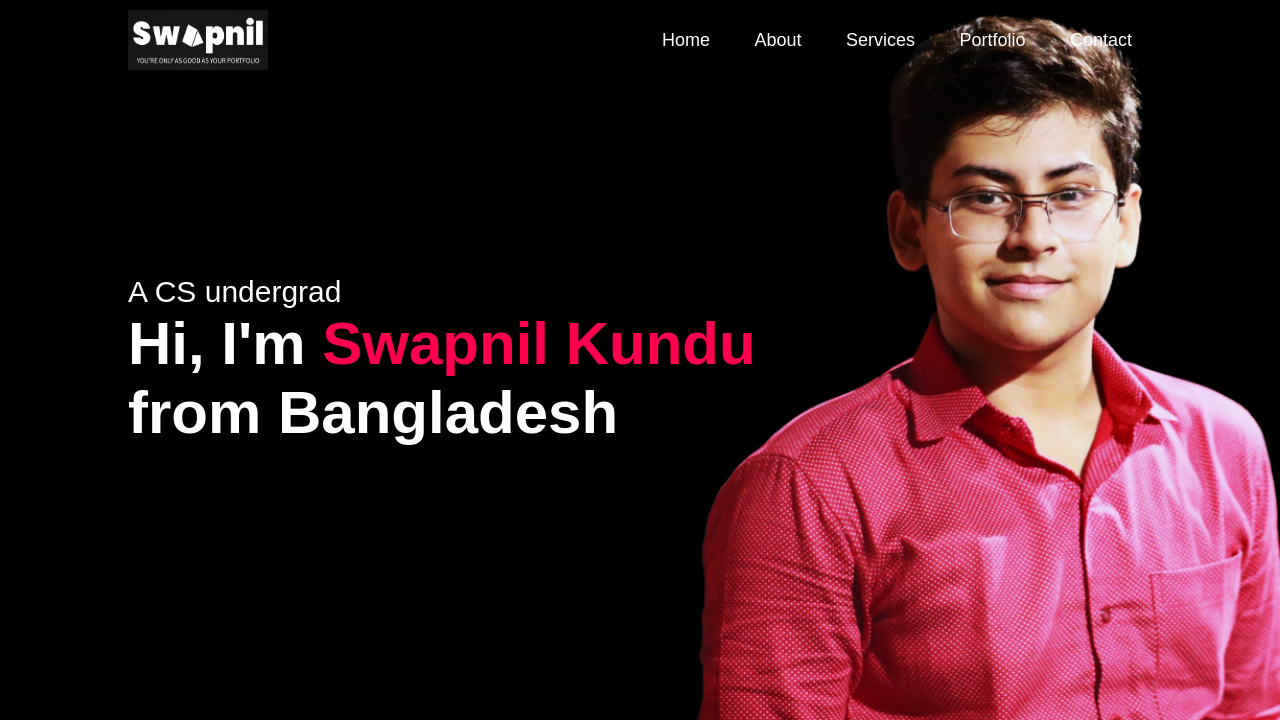
Repository: SwapnilKundu/portfolio
Page: index.html
These files come from the project's save history. The page is drawn as it stood at one moment and after a run of saves; the edit follows.
The browser window is 1280 px wide. The pictures show the whole page.

Above is the page before, as saved 2024-01-19 04:17:14.

After the next 4 saves:
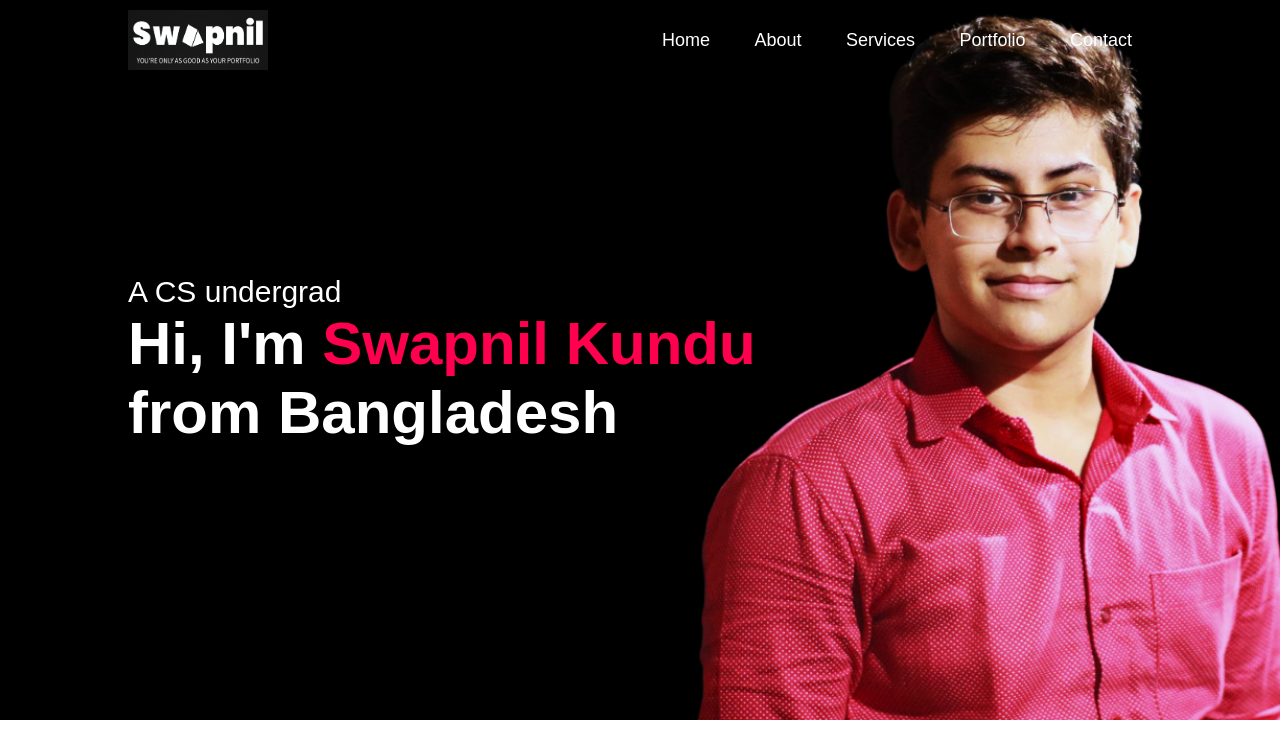
The 4 saves are shown as one change because they came seconds apart.
The last was saved 13 s later.
--- a/index.html
+++ b/index.html
@@ -28,6 +28,8 @@
 
 
   </div>
-  <div id ="about"></div>
+  <div id ="about">
+    <div class ="container"></div>
+  </div>
 </body>
 </html>
